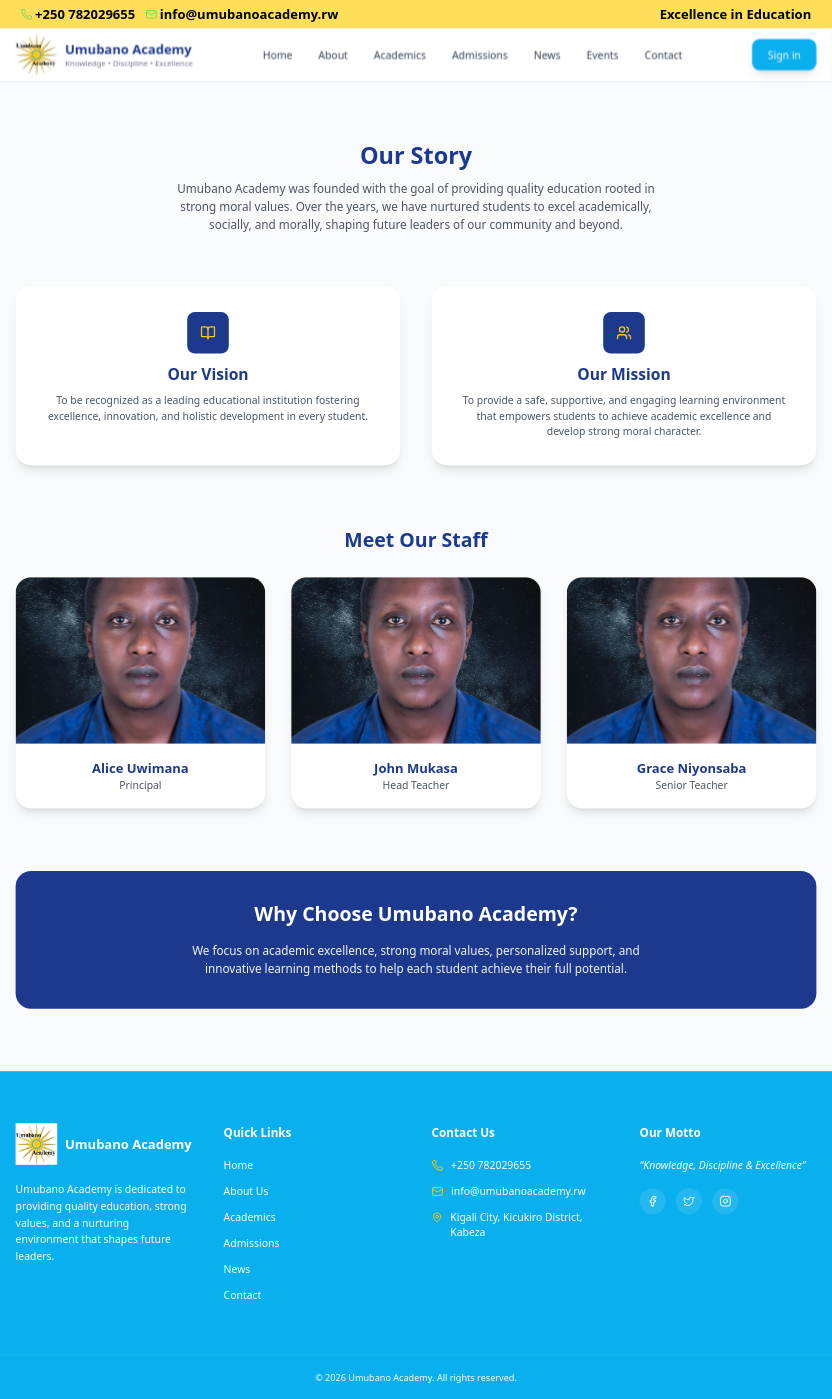
Repository: Umubano-Academy/umubano-academy-website
Page: /aboutus
An editor plug-in stored every save of this project. The page is shown before and after the next save, followed by the edit.
The browser window is 1280 px wide. The pictures show the whole page, at 65% of full size.
The project was rebuilt for these pictures with package versions that can differ from the ones it lists, and the page was loaded fresh each time. Also part of the build but not shown: vite.config.js, src/components/guest/Hero.jsx, src/components/guest/Event.jsx, src/components/guest/News.jsx, src/components/guest/Contact.jsx, src/components/guest/Home.jsx, src/components/guest/Admission.jsx, src/components/guest/Academic.jsx and 7 more.

Above is the page before, as saved 2026-01-13 19:23:01.

### index.html
<!doctype html>
<html lang="en">
  <head>
    <meta charset="UTF-8" />
    <!-- <link rel="icon" type="image/svg+xml" href="/vite.svg" /> -->
    <meta name="viewport" content="width=device-width, initial-scale=1.0" />
    <title>umubano-academy</title>
  </head>
  <body>
    <div id="root"></div>
    <script type="module" src="/src/main.jsx"></script>
  </body>
</html>

### src/App.jsx
import React from 'react'
import { BrowserRouter, Route, Routes } from 'react-router-dom'
import NavBar from './components/guest/NavBar'
import Hero from './components/guest/Hero'
import Event from './components/guest/Event'
import News from './components/guest/News'
import Layout from './components/guest/Layout'
import Home from './components/guest/Home'
import Admission from './components/guest/Admission'
import Academic from './components/guest/Academic'
import About from './components/guest/About'
import LayOut from './components/admin/LayOut'
import Dashboard from './components/admin/pages/Dashboard'
import Login from './components/guest/forms/Login'
import ResetPassword from './components/guest/forms/ResetPassword'


function App() {
  return (
    <BrowserRouter>

    <Routes>
      <Route path='/' element={<Layout />}>
      <Route index element={<Home />} />
      <Route path='/admissions' element={<Admission />} />
      <Route path='/academic' element={<Academic />} />
      <Route path='/aboutus' element={<About />} />
      <Route path='/login' element={<Login />} />
      <Route path="/password-reset" element={<ResetPassword />} />
      </Route>

      <Route path='/admin' element={<LayOut />}>
      <Route index element={<Dashboard />} />
      </Route>
    </Routes>
    </BrowserRouter>

  )
}

export default App

### src/components/guest/NavBar.jsx
import React, { useState } from "react";
import { Menu, X, Phone, Mail, GraduationCap } from "lucide-react";
import { motion, AnimatePresence } from "framer-motion";
import logo from "../../assets/UALOGO.png";
import { Link } from "react-router-dom";

function NavBar() {
  const [open, setOpen] = useState(false);

  const navLinks = [
    { name: "Home", type: "route", path: "/" },
    { name: "About", type: "route", path: "/aboutus" },
    { name: "Academics", type: "route", path: "/academic" },
    { name: "Admissions", type: "route", path: "/admissions" },
    { name: "News", type: "id", path: "news" },
    { name: "Events", type: "id", path: "events" },
    { name: "Contact", type: "id", path: "contact" },
  ];

  return (
    <>
      {/* Top Info Bar */}
      <div className="hidden md:flex justify-between items-center px-8 py-2 bg-[#FFDE59]  text-sm">
        <div className="flex items-center gap-4">
          <span className="flex items-center gap-1 text-xl text-black font-bold">
            <Phone size={18} className="text-[#7ED956] text-2xl" /> +250
            782029655
          </span>
          <span className="flex text-xl items-center gap-1  text-black font-bold">
            <Mail size={18} className="text-[#7ED956] text-2xl" />{" "}
            info@umubanoacademy.rw
          </span>
        </div>
        <span className=" text-xl  text-black font-bold">
          Excellence in Education
        </span>
      </div>

      {/* Main Navbar */}
      <header className="sticky top-0 z-50 bg-white/80 backdrop-blur-xl shadow-sm">
        <div className="max-w-7xl mx-auto px-6">
          <div className="flex items-center justify-between h-20">
            {/* Logo */}
            <Link to="/" className="flex items-center gap-3">
              <img
                src={logo}
                alt="Umubano Academy Logo"
                className="w-16 h-16 object-contain"
              />
              {/* <div className="w-12 h-12 bg-blue-900 text-white flex items-center justify-center rounded-xl">
                <GraduationCap size={28} />
              </div> */}
              <div>
                <h1 className="text-xl font-bold text-blue-900">
                  Umubano Academy
                </h1>
                <p className="text-xs text-gray-500">
                  Knowledge • Discipline • Excellence
                </p>
              </div>
            </Link>

            {/* Desktop Menu */}
            <nav className="hidden lg:flex items-center gap-10">
              {navLinks.map((link) =>
                link.type === "route" ? (
                  <Link
                    key={link.name}
                    to={link.path}
                    className="relative text-gray-700 font-medium hover:text-blue-900 transition group"
                  >
                    {link.name}
                    <span className="absolute left-0 -bottom-1 w-0 h-0.5 bg-blue-900 transition-all group-hover:w-full"></span>
                  </Link>
                ) : (
                  <a
                    key={link.name}
                    href={`#${link.path}`}
                    className="relative text-gray-700 font-medium hover:text-blue-900 transition group"
                  >
                    {link.name}
                    <span className="absolute left-0 -bottom-1 w-0 h-0.5 bg-blue-900 transition-all group-hover:w-full"></span>
                  </a>
                )
              )}
            </nav>

            {/* CTA */}
            <div className="hidden lg:flex">
              <a
                href="/login"
                className="bg-[#0AB0EE] text-white px-6 py-3 rounded-xl font-medium shadow-lg hover:shadow-xl transition"
              >
                Sign in
              </a>
            </div>

            {/* Mobile Menu Button */}
            <button
              onClick={() => setOpen(!open)}
              className="lg:hidden text-blue-900"
            >
              {open ? <X size={30} /> : <Menu size={30} />}
            </button>
          </div>
        </div>

        {/* Mobile Menu */}
        <AnimatePresence>
          {open && (
            <motion.div
              initial={{ opacity: 0, y: -20 }}
              animate={{ opacity: 1, y: 0 }}
              exit={{ opacity: 0, y: -20 }}
              transition={{ duration: 0.3 }}
              className="lg:hidden bg-white shadow-xl"
            >
              <div className="flex flex-col px-6 py-6 gap-6">
                {navLinks.map((link) =>
                  link.type === "route" ? (
                    <Link
                      key={link.name}
                      to={link.path}
                      className="text-lg font-medium text-gray-700 hover:text-blue-900"
                      onClick={() => setOpen(false)}
                    >
                      {link.name}
                    </Link>
                  ) : (
                    <a
                      key={link.name}
                      href={`#${link.path}`}
                      className="text-lg font-medium text-gray-700 hover:text-blue-900"
                      onClick={() => setOpen(false)}
                    >
                      {link.name}
                    </a>
                  )
                )}

                <Link
                  to="login"
                  className="mt-4 text-center bg-blue-900 text-white py-3 rounded-xl font-medium"
                >
                  Login
                </Link>
              </div>
            </motion.div>
          )}
        </AnimatePresence>
      </header>
    </>
  );
}

export default NavBar;

### src/components/guest/Layout.jsx
import React from 'react'
import NavBar from './NavBar'
import { Outlet } from 'react-router-dom'
import Footer from './Footer'


function Layout() {
  return (
    <div>
      <NavBar />

      <div>
        <Outlet />
      </div>
      <div>
        <Footer />
      </div>
    </div>
  )
}

export default Layout

### src/components/guest/About.jsx
import React from "react"
import { motion } from "framer-motion"
import { Users, BookOpen } from "lucide-react"
import staff1 from "../../assets/logo2.png"
import staff2 from "../../assets/logo2.png"
import staff3 from "../../assets/logo2.png"

function About() {
  const staff = [
    { name: "Alice Uwimana", role: "Principal", img: staff1 },
    { name: "John Mukasa", role: "Head Teacher", img: staff2 },
    { name: "Grace Niyonsaba", role: "Senior Teacher", img: staff3 },
  ]

  return (
    <section className="py-24 bg-gray-50">
      <div className="max-w-7xl mx-auto px-6">

        {/* Story / History */}
        <motion.div
          initial={{ opacity: 0, y: 30 }}
          whileInView={{ opacity: 1, y: 0 }}
          viewport={{ once: true }}
          transition={{ duration: 0.6 }}
          className="text-center max-w-3xl mx-auto mb-20"
        >
          <h2 className="text-4xl font-bold text-blue-900 mb-4">
            Our Story
          </h2>
          <p className="text-gray-600 text-lg">
            Umubano Academy was founded with the goal of providing quality education
            rooted in strong moral values. Over the years, we have nurtured students
            to excel academically, socially, and morally, shaping future leaders of
            our community and beyond.
          </p>
        </motion.div>

        {/* Vision & Mission */}
        <motion.div
          className="grid grid-cols-1 md:grid-cols-2 gap-12 mb-24"
          initial="hidden"
          whileInView="visible"
          viewport={{ once: true }}
          variants={{ visible: { transition: { staggerChildren: 0.2 } } }}
        >
          <motion.div
            variants={{ hidden: { opacity: 0, y: 40 }, visible: { opacity: 1, y: 0 } }}
            className="bg-white rounded-3xl shadow-lg p-10 flex flex-col items-center text-center hover:shadow-2xl transition"
          >
            <div className="w-16 h-16 bg-blue-900 text-yellow-400 flex items-center justify-center rounded-xl mb-4">
              <BookOpen />
            </div>
            <h4 className="text-2xl font-bold text-blue-900 mb-3">Our Vision</h4>
            <p className="text-gray-600">
              To be recognized as a leading educational institution fostering
              excellence, innovation, and holistic development in every student.
            </p>
          </motion.div>

          <motion.div
            variants={{ hidden: { opacity: 0, y: 40 }, visible: { opacity: 1, y: 0 } }}
            className="bg-white rounded-3xl shadow-lg p-10 flex flex-col items-center text-center hover:shadow-2xl transition"
          >
            <div className="w-16 h-16 bg-blue-900 text-yellow-400 flex items-center justify-center rounded-xl mb-4">
              <Users />
            </div>
            <h4 className="text-2xl font-bold text-blue-900 mb-3">Our Mission</h4>
            <p className="text-gray-600">
              To provide a safe, supportive, and engaging learning environment
              that empowers students to achieve academic excellence and develop
              strong moral character.
            </p>
          </motion.div>
        </motion.div>

        {/* Staff Listing */}
        <motion.div
          initial={{ opacity: 0, y: 30 }}
          whileInView={{ opacity: 1, y: 0 }}
          viewport={{ once: true }}
          transition={{ duration: 0.6 }}
          className="mb-24"
        >
          <h3 className="text-3xl font-bold text-blue-900 mb-10 text-center">
            Meet Our Staff
          </h3>
          <div className="grid grid-cols-1 md:grid-cols-3 gap-10">
            {staff.map((member, index) => (
              <motion.div
                key={index}
                whileHover={{ y: -5 }}
                className="bg-white rounded-3xl shadow-lg overflow-hidden hover:shadow-2xl transition cursor-pointer"
              >
                <img
                  src={member.img}
                  alt={member.name}
                  className="w-full h-64 object-cover"
                />
                <div className="p-6 text-center">
                  <h4 className="text-xl font-semibold text-blue-900">{member.name}</h4>
                  <p className="text-gray-600">{member.role}</p>
                </div>
              </motion.div>
            ))}
          </div>
        </motion.div>



        {/* Values / Why Choose Us */}
        <motion.div
          initial={{ opacity: 0, y: 30 }}
          whileInView={{ opacity: 1, y: 0 }}
          viewport={{ once: true }}
          transition={{ duration: 0.6 }}
          className="bg-blue-900 text-white rounded-3xl p-12 text-center"
        >
          <h3 className="text-3xl font-bold mb-6">Why Choose Umubano Academy?</h3>
          <p className="text-gray-100 max-w-3xl mx-auto text-lg">
            We focus on academic excellence, strong moral values, personalized support,
            and innovative learning methods to help each student achieve their full potential.
          </p>
        </motion.div>

      </div>
    </section>
  )
}

export default About

### src/components/guest/Footer.jsx
import React from "react"
import {
  Phone,
  Mail,
  MapPin,
  Facebook,
  Twitter,
  Instagram,
  GraduationCap,
} from "lucide-react"
import logo from "../../assets/UALOGO.png"

function Footer() {
  return (
    <footer className="bg-[#0AB0EE] text-white">
      <div className="max-w-7xl mx-auto px-6 py-20">

        {/* Top Section */}
        <div className="grid grid-cols-1 md:grid-cols-2 lg:grid-cols-4 gap-12">

          {/* School Info */}
          <div>
            <div className="flex items-center gap-3 mb-6">
              <img src={logo} alt="Umubano Academy Logo" className="w-16 h-16 object-contain" />
              <h3 className="text-xl font-bold text-white">
                Umubano Academy
              </h3>
            </div>
            <p className="text-white leading-relaxed">
              Umubano Academy is dedicated to providing quality education,
              strong values, and a nurturing environment that shapes future
              leaders.
            </p>
          </div>

          {/* Quick Links */}
          <div>
            <h4 className="text-lg font-semibold text-white mb-6">
              Quick Links
            </h4>
            <ul className="space-y-4">
              {[
                "Home",
                "About Us",
                "Academics",
                "Admissions",
                "News",
                "Contact",
              ].map((link) => (
                <li key={link}>
                  <a
                    href={`/${link.toLowerCase().replace(" ", "")}`}
                    className="hover:text-yellow-400 transition"
                  >
                    {link}
                  </a>
                </li>
              ))}
            </ul>
          </div>

          {/* Contact Info */}
          <div>
            <h4 className="text-lg font-semibold text-white mb-6">
              Contact Us
            </h4>
            <ul className="space-y-4">
              <li className="flex items-start gap-3">
                <Phone size={18} className="text-yellow-400 mt-1" />
                <span>+250 782029655</span>
              </li>
              <li className="flex items-start gap-3">
                <Mail size={18} className="text-yellow-400 mt-1" />
                <span>info@umubanoacademy.rw</span>
              </li>
              <li className="flex items-start gap-3">
                <MapPin size={18} className="text-yellow-400 mt-1" />
                <span>
                  Kigali City, Kicukiro District, Kabeza
                </span>
              </li>
            </ul>
          </div>

          {/* Motto & Social */}
          <div>
            <h4 className="text-lg font-semibold text-white mb-6">
              Our Motto
            </h4>
            <p className="italic mb-6">
              “Knowledge, Discipline & Excellence”
            </p>

            <div className="flex gap-4">
              <a
                href="#"
                className="w-10 h-10 bg-white/10 flex items-center justify-center rounded-full hover:bg-yellow-400 hover:text-blue-900 transition"
              >
                <Facebook size={18} />
              </a>
              <a
                href="#"
                className="w-10 h-10 bg-white/10 flex items-center justify-center rounded-full hover:bg-yellow-400 hover:text-blue-900 transition"
              >
                <Twitter size={18} />
              </a>
              <a
                href="#"
                className="w-10 h-10 bg-white/10 flex items-center justify-center rounded-full hover:bg-yellow-400 hover:text-blue-900 transition"
              >
                <Instagram size={18} />
              </a>
            </div>
          </div>

        </div>
      </div>

      {/* Bottom Bar */}
      <div className="border-t border-white/10 py-6 text-center text-sm text-white">
        © {new Date().getFullYear()} Umubano Academy. All rights reserved.
      </div>
    </footer>
  )
}

export default Footer

Loaded but not shown: src/main.jsx (common file); src/index.css (common file)

After the next save:
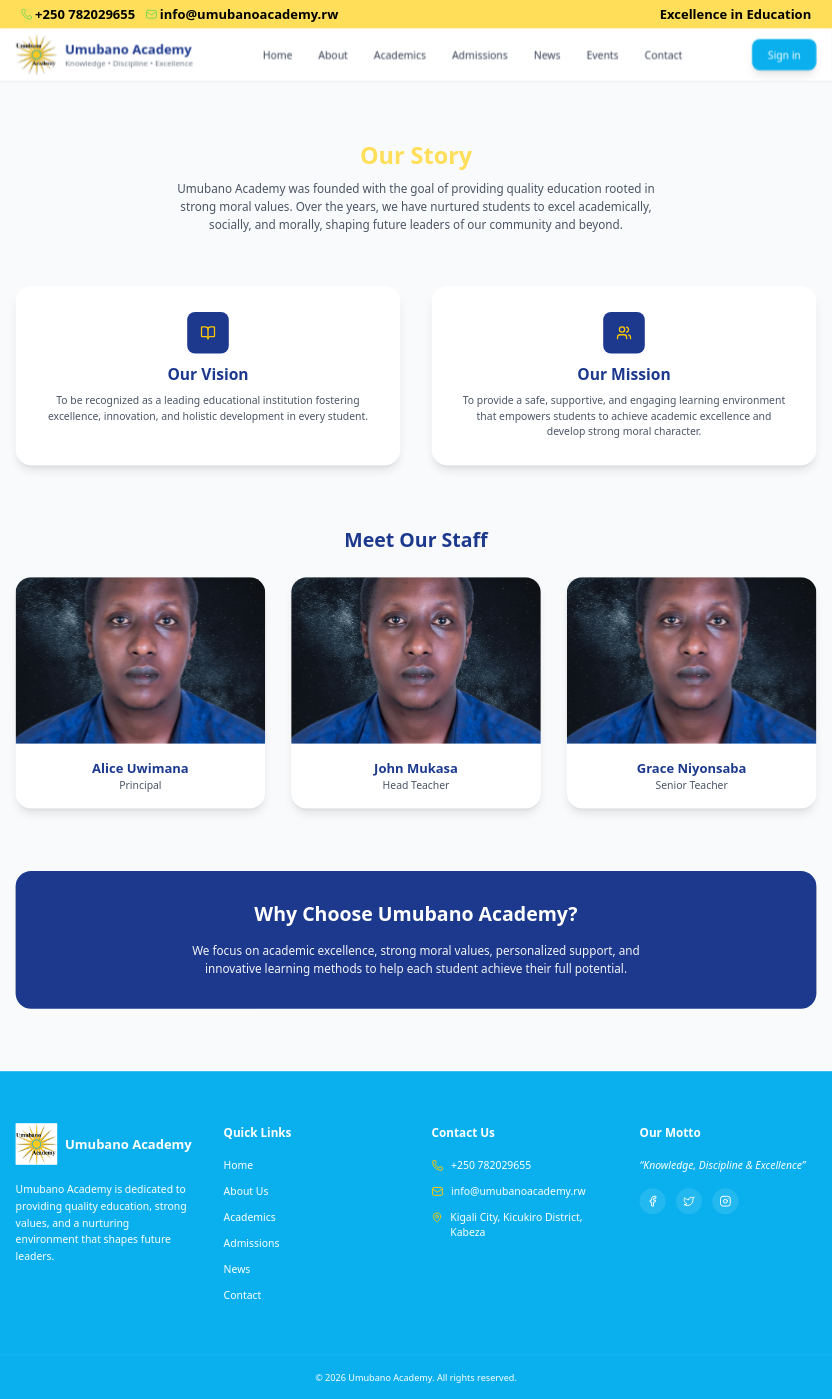
Saved 2 min 7 s later.
--- a/src/components/guest/About.jsx
+++ b/src/components/guest/About.jsx
@@ -24,7 +24,7 @@ function About() {
           transition={{ duration: 0.6 }}
           className="text-center max-w-3xl mx-auto mb-20"
         >
-          <h2 className="text-4xl font-bold text-blue-900 mb-4">
+          <h2 className="text-4xl font-bold text-[#FFDE59] mb-4">
             Our Story
           </h2>
           <p className="text-gray-600 text-lg">
